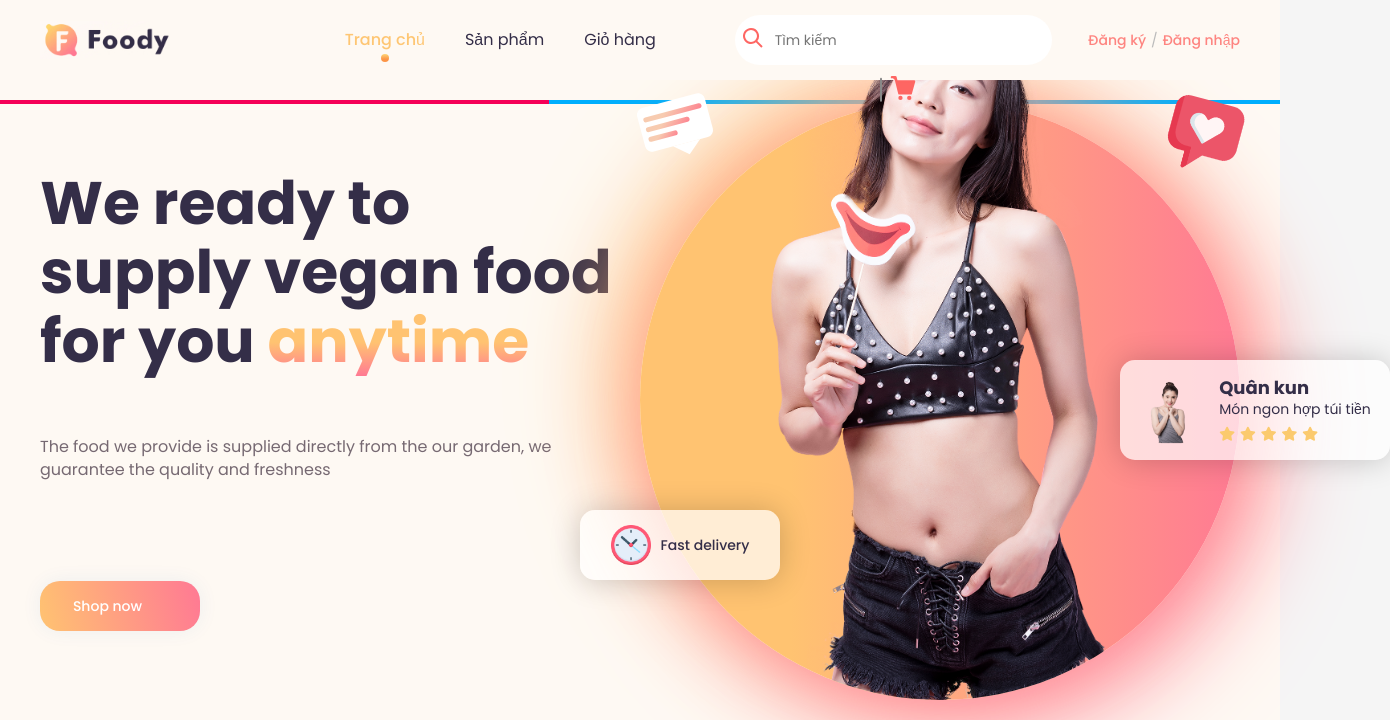
Repository: phamvuhung2710/react-ecommerce
Page: /
These files come from the project's save history. The page is drawn as it stood at one moment and after the next save; the edit follows.
The browser window is 1280 px wide. The page is 1390 px wide, so the pictures cover 1390 px, including what lies to the right of the window. The pictures show the whole page.
The page's requests for data from a server got no answer. Some web libraries are served in a nearby version. The project was rebuilt for these pictures with package versions that can differ from the ones it lists, and the page was loaded fresh each time. No one was signed in, and anything a server would have sent is missing. Also part of the build but not shown: src/guard/AuthenticatedGuard.jsx, src/guard/UnauthenticatedGuard.jsx, src/layouts/CartLayout/CartLayout.jsx, src/layouts/RegisterLayout/RegisterLayout.jsx.

Above is the page before, as saved 2021-09-07 19:05:50.

After the next save:
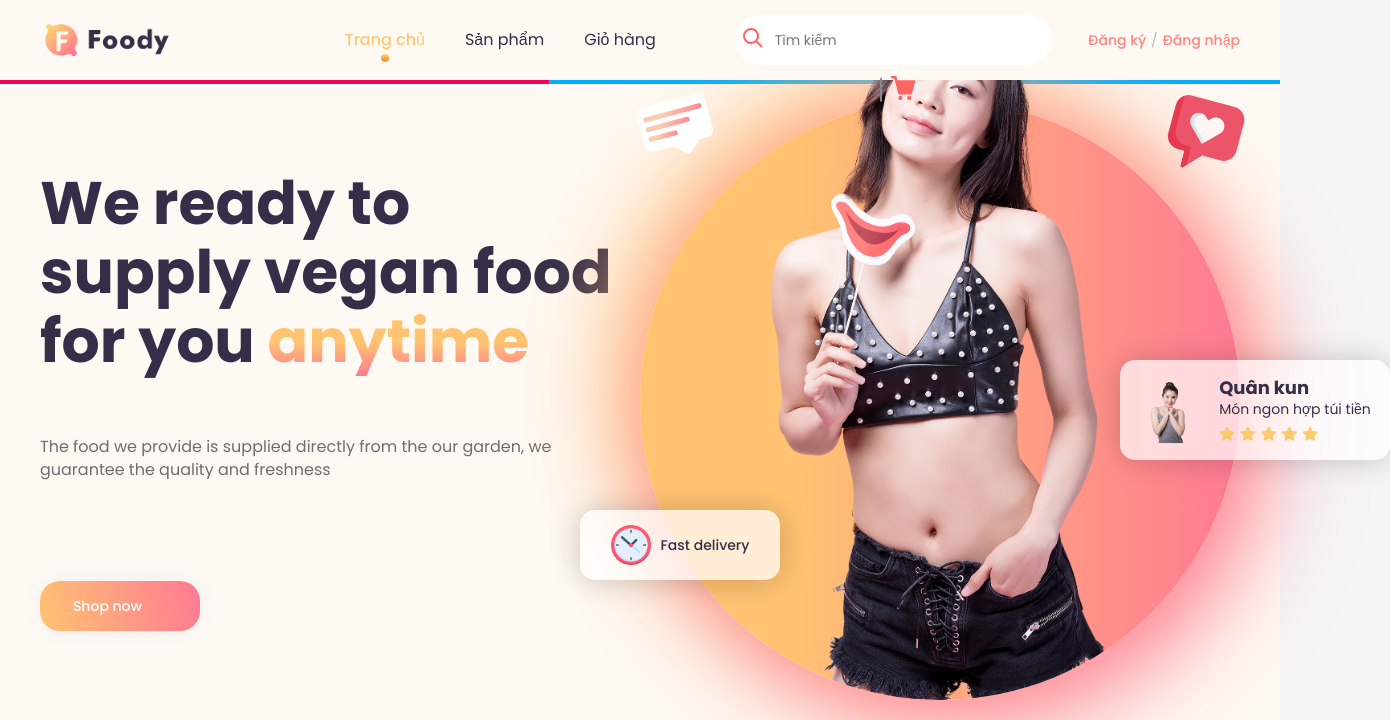
Saved 6 s later.
--- a/src/components/Fallback/Fallback.jsx
+++ b/src/components/Fallback/Fallback.jsx
@@ -5,7 +5,7 @@ import { useSelector } from 'react-redux'
 
 const StyledLoading = styled(LinearProgress)`
   position: fixed !important;
-  top: 20px;
+  top: 0px;
   left: 0;
   right: 0;
   margin-top: 80px;
